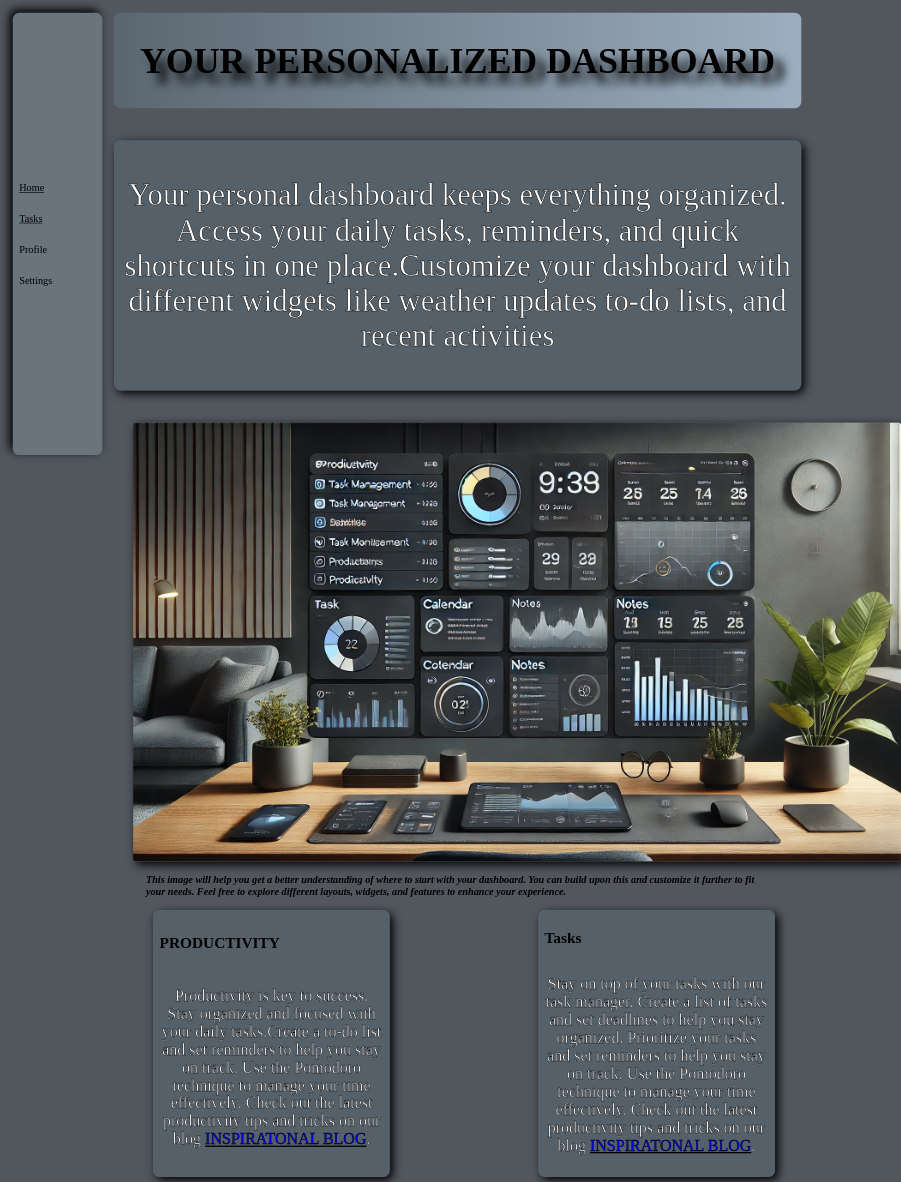
Repository: Parnicoza/testecomplete
Page: testcomplet-14.html
An editor plug-in stored every save of this project. The page is shown before and after the next save, followed by the edit.
The browser window is 1280 px wide. The page is 1408 px wide, so the pictures cover 1408 px, including what lies to the right of the window. The pictures show the whole page, at 64% of full size.

Above is the page before, as saved 2025-02-28 13:51:15.

After the next save:
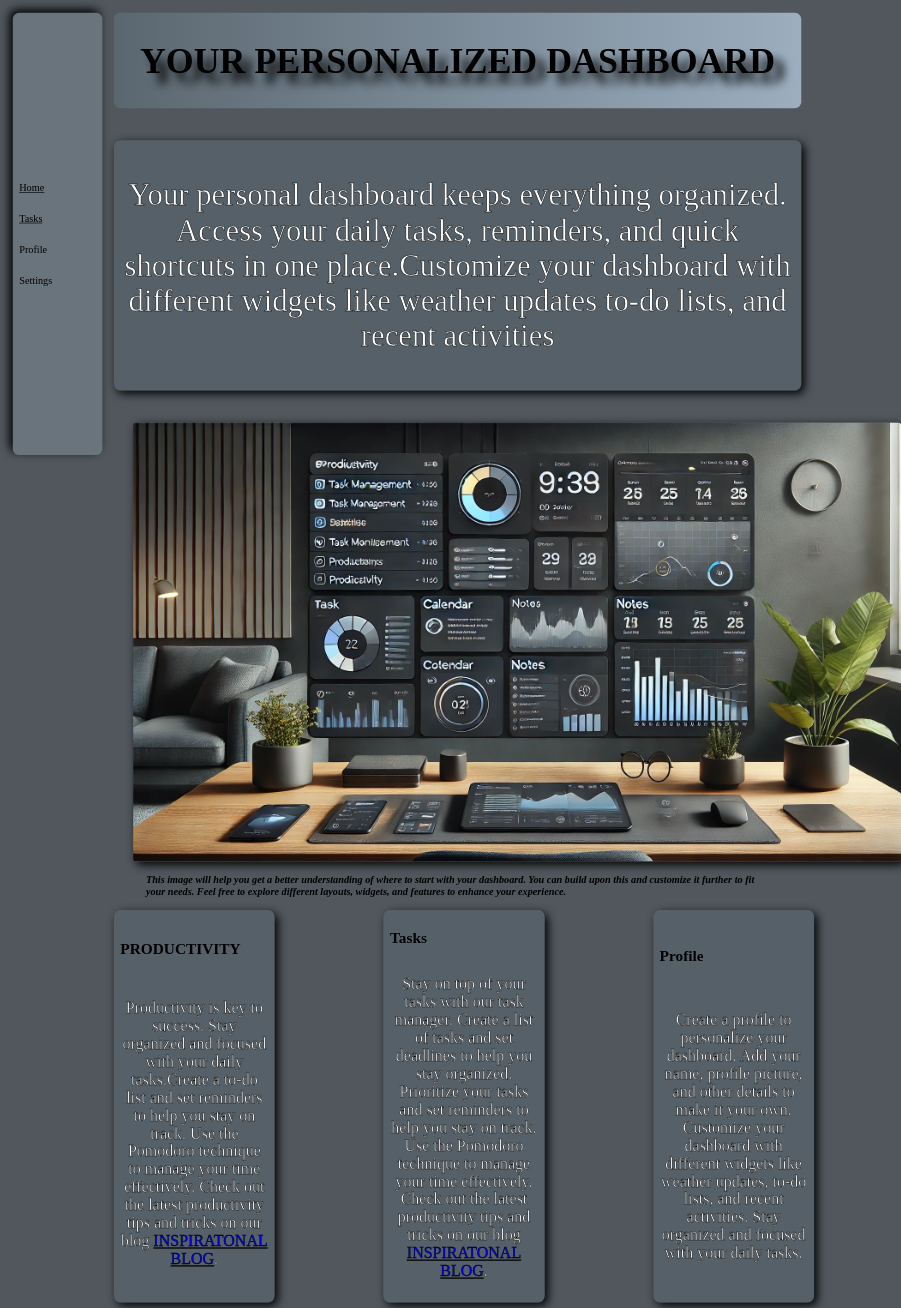
Saved 103 s later.
--- a/testcomplet-14.html
+++ b/testcomplet-14.html
@@ -69,6 +69,13 @@
             </p>
         </div>
 
+        <div class="blocks"><!--Acesta este al treilea block-->
+            <h2 class="heading">Profile</h2>
+            <p class="paragraph-gradient1">Create a profile to personalize your dashboard. Add your name, profile picture,
+                and other details to make it your own. Customize your dashboard with different widgets like weather
+                updates, to-do lists, and recent activities. Stay organized and focused with your daily tasks.
+            </p>
+
     </div>
 </body>
 
